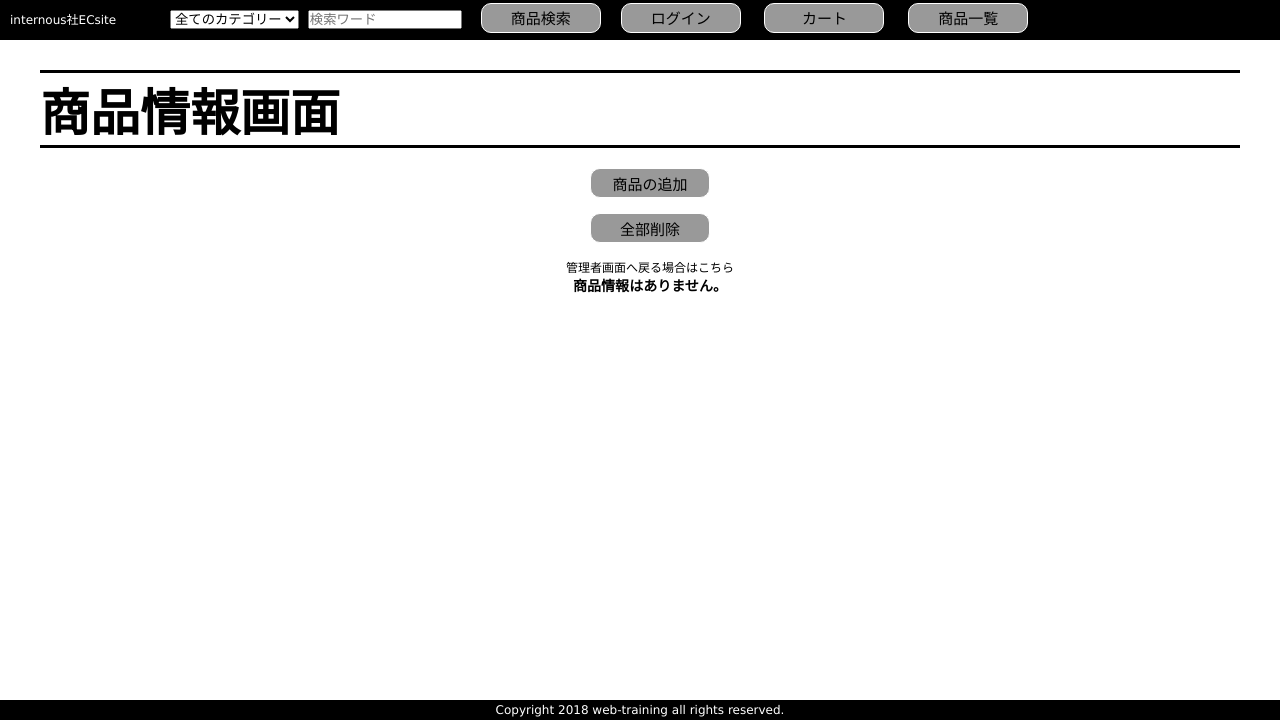
Repository: geeta333/ECsite
Page: http://localhost/web-training/itemInfo.jsp
These files come from the project's save history. The page is drawn as it stood at one moment and after the next save; the edit follows.
The browser window is 1280 px wide. The pictures show the whole page.
The page is served by Tomcat 9. Other server files are loaded and not shown.

Above is the page before, as saved 2018-07-27 06:37:01.

### web-training/WebContent/itemInfo.jsp
<%@ page language="java" contentType="text/html; charset=UTF-8"
    pageEncoding="UTF-8"%>
<%@ taglib prefix="s" uri="/struts-tags" %>
<!DOCTYPE html>
<html>
<head>
	<meta charset="UTF-8" />
	<title>商品情報画面</title>
	<link rel="stylesheet" href="./css/style.css">
</head>
<body>
	<div id="container">
	<jsp:include page="header.jsp" />
	<div id="main" class="clear">
		<div id="top">
			<h1>商品情報画面</h1>
		</div>
		<div class="marginLeft center">
			<div>
				<s:form action="ItemCreateAction" class="marginTop">
					<s:submit value="商品の追加" class="button"/>
				</s:form>
				<s:form action="ItemInfoAction" class="marginTop">
					<input type="hidden" name="deleteFlg" value="1">
					<s:submit value="全部削除" method="delete" class="button" />
				</s:form>
			</div>
			<div  class="marginTop">
				<p>管理者画面へ戻る場合は<a href='<s:url action="GoAdministratorAction" />'>こちら</a></p>
			</div>
			<s:if test="itemInfoList == null">
				<h3>商品情報はありません。</h3>
			</s:if>
			<s:elseif test="message == null">
				<h3 class="marginTop">商品情報は以下になります。</h3>
			<table border="1" class="ShowData marginAuto">
				<tr>
					<th>製品ID</th>
					<th>商品名</th>
					<th>製品詳細</th>
					<th>カテゴリー名</th>
					<th>価格</th>
					<th>イメージファイル名</th>
					<th>発売日</th>
					<th>発売会社</th>
					<th>変更する</th>
				</tr>
				<s:iterator value="itemInfoList">
				<tr>
					<th><s:property value="product_id" /></th>
					<th><s:property value="product_name" /></th>
					<th><s:property value="product_description" /></th>
					<th>
						<s:if test="category_id == 2">
							<span>本</span>
						</s:if>
						<s:elseif test="category_id == 3">
							<span>家電・パソコン</span>
						</s:elseif>
						<s:elseif test="category_id == 4">
							<span>おもちゃ・ゲーム</span>
						</s:elseif>
					</th>
					<th><s:property value="price" /><span>円</span></th>
					<th><s:property value="image_file_name" /></th>
					<th><s:property value="release_date" /></th>
					<th><s:property value="release_company" /></th>
					<th>
					<s:form action="ItemInfoChangeAction">
						<input type="hidden" name="itemId" value='<s:property value="id"/>'>
						<s:submit value="変更"/>
					</s:form>
					</th>
				</tr>
				</s:iterator>
			</table>
			</s:elseif>
			<s:if test="message != null">
				<h3><s:property value="message"/></h3>
			</s:if>
		</div>
	</div>
	<jsp:include page="footer.jsp" />
</div>
</body>
</html>

### web-training/WebContent/header.jsp
<%@ page language="java" contentType="text/html; charset=UTF-8"
    pageEncoding="UTF-8"%>
<%@ taglib prefix="s" uri="/struts-tags" %>
<!DOCTYPE html>
<html>
<head>
	<meta charset="UTF-8" />
	<title>ヘッダー</title>
<!-- 	<link rel="stylesheet" href="./css/style.css"> -->
</head>
<body>
<div id="header">
	<div id="nameIntroduction">
		<p><a href='<s:url action="GoAdministratorAction" />'>internous社ECsite</a></p>
	</div>

	<ul>
		<s:form action="ItemListAction" class="float">
		<li>
			<select name="category_id">
				<option value="1">全てのカテゴリー</option>
				<option value="2">本</option>
				<option value="3">家電・パソコン</option>
				<option value="4">おもちゃ・ゲーム</option>
			</select>
		</li>
		<li>
			<input type="hidden" name="retrievalFlg" value="1">
			<input type="text" name="keywords" placeholder="検索ワード" id="text">
		</li>
		<li><s:submit value="商品検索"  class="button"/></li>
		</s:form>
		<li>
			<s:if test='#session.containsKey("user_id")'>
				<a href='<s:url action="LogoutAction" />'><input type="button" value="ログアウト" class="button"></a>
			</s:if>
			<s:else>
				<a href='<s:url action="GoLoginAction" />'><input type="button" value="ログイン" class="button"></a>
			</s:else>
		</li>
		<li><a href='<s:url action="GoCartAction" />'><input type="button" value="カート" class="button"></a></li>
		<li><a href='<s:url action="ItemListAction" />'><input type="button" value="商品一覧" class="button"></a></li>
		<s:if test='#session.containsKey("user_id") && !#session.containsKey("administrator")'>
			<li><a href='<s:url action="GoMyPageAction" />'><input type="button" value="マイページ" class="button"></a></li>
		</s:if>
		<s:elseif test='#session.containsKey("administrator")'>
			<li><a href='<s:url action="GoAdministratorAction" />'><input type="button" value="管理者画面へ" class="button"></a></li>
		</s:elseif>
	</ul>
</div>
</body>
</html>

### web-training/WebContent/footer.jsp
<%@ page language="java" contentType="text/html; charset=UTF-8"
    pageEncoding="UTF-8"%>
<%@ taglib prefix="s" uri="/struts-tags" %>
<!DOCTYPE html>
<html>
<head>
	<meta charset="UTF-8" />
	<title>フッター</title>
<!-- 	<link rel="stylesheet" href="./css/style.css"> -->
</head>
<body>
<div id="footer">
	<p>Copyright 2018 web-training all rights reserved.
</div>
</body>
</html>

### web-training/WebContent/css/style.css
@CHARSET "UTF-8";

/* common */

* {
    margin: 0;
    padding: 0;
}

.clear {
    clear: both;
}

html, body {
    min-height: 100%;
    height: 100%;

}

body {
    font-family: Verdana, Helvetica, sans-serif;
    font-size: 12px;
    background: white;
}

h1 {
    font-size: 50px;
    margin: 20px 0;
    border-top: 3px solid black;
    border-bottom: 3px solid black;
}

h2 {
    margin: 15px 0;
}

a {
	text-decoration: none;
	color: inherit;
}

ul {
    list-style: none;
}

th {
	text-align: right;
    padding-right: 5px;
}

select {
    margin: 0 0 0 10px;
}

.button {
    width: 120px;
    height: 30px;
    font-size: 15px;
    border: 1px solid white;
    border-radius: 10px;
    margin-left: 10px;
    margin-right: 10px;
    background: #999;
}

.button:hover {
    opacity: 0.5;
}

/* id */

#container {
    width: 100%;
    min-width: 1200px;
    min-height: 100%;
    position: relative;
}

#header {
    width: 100%;
    height: 40px;
    background: black;
    color: white;
}

#header ul {
    line-height: 40px;
}

#header li {
    display: inline-block;
}

#main {
    width: 1200px;
    padding: 10px 10px 30px;
    margin: 0 auto;
    color: black;
}

#footer {
    width: 100%;
    height: 20px;
    background: black;
    color: white;
    text-align: center;
    line-height: 20px;
    font-size: 12px;
    position: absolute;
    bottom: 0;
}

#text { /*検索で使用*/
    width: 150px;
    margin: 0 5px;
}


#itemList { /*itemListで使用*/

}

#nameIntroduction { /* headerで使用 */
    width: 150px;
    float: left;
    line-height: 40px;
    margin-left: 10px;
}

#pageNo li {
    display: inline-block;
}

/* class */


.verticalTable {
    margin-left: 10px;
}

.verticalTable tr {
    height: 30px;
}

.verticalTable th {
    background: black;
    color: white;
    font-size: 16px;
    width: 170px;
}

.txt {
	width : 300px;
	height : 30px;
	border: 0.5px solid #999;
	font-size : 24px;
}

.list {
	width : 300px;
	height : 30px;
	border: 0.5px solid #999;
}

.marginTop {
    margin-top: 15px;
}

.center {
    text-align: center;
}

.float {
    float: left;
}

.ShowData th {
    padding: 3px;
}

.marginLeft {
    margin-left: 20px;
}


.itemListBox {
    display: inline-block;
    margin: 15px;
    text-align: center;
}

.itemImage {
    width: 200px;
    height: 200px;
}

.itemDetailBox {
    text-align: center;
    font-size: 22px;
}

.itemDetailBox table {
    margin: 20px auto;
}

.itemDetailImage {
    width: 500px;
    height: 500px;
}

.itemImageSmall {
    width: 50px;
    height: 50px;
}

.error {
	color: red;
	font-size: 20px;
}

.marginAuto {
	margin: 0 auto;
}

After the next save:
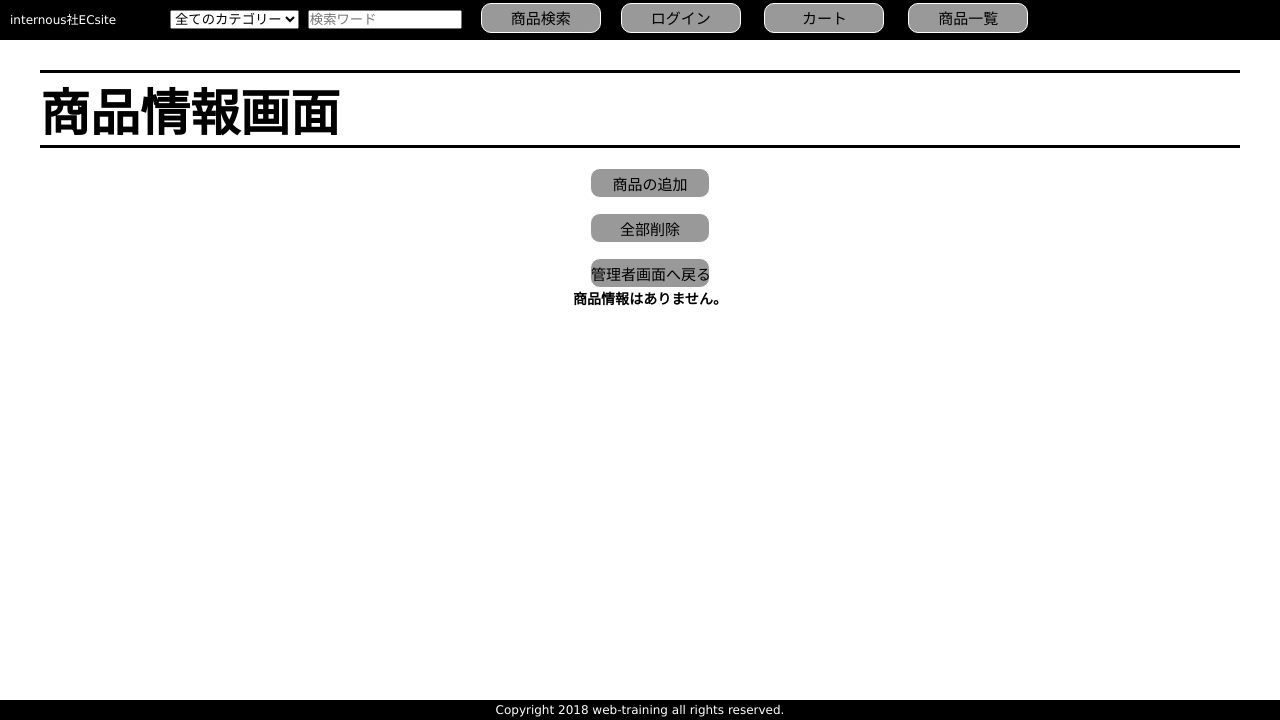
Saved 84 s later.
--- a/web-training/WebContent/itemInfo.jsp
+++ b/web-training/WebContent/itemInfo.jsp
@@ -24,9 +24,9 @@
 					<input type="hidden" name="deleteFlg" value="1">
 					<s:submit value="全部削除" method="delete" class="button" />
 				</s:form>
-			</div>
-			<div  class="marginTop">
-				<p>管理者画面へ戻る場合は<a href='<s:url action="GoAdministratorAction" />'>こちら</a></p>
+				<s:form action="GoAdministratorAction" class="marginTop">
+					<s:submit value="管理者画面へ戻る" class="button"/>
+				</s:form>
 			</div>
 			<s:if test="itemInfoList == null">
 				<h3>商品情報はありません。</h3>
